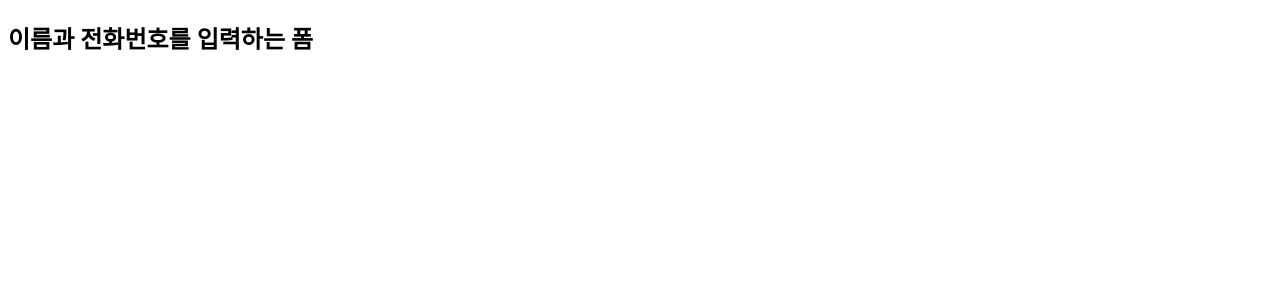
Repository: gugucon-hwan/ForStudyJSP
Page: http://localhost/StudyBasicJSP/ch06/ifMultiTestForm.jsp
The author's editor kept a copy of each file at every save. The page is drawn from the files as they stood at one save, then again after the next save.
The browser window is 1280 px wide. The pictures show the whole page.
The page is served by Tomcat 9.

Above is the page before, as saved 2020-08-15 14:29:06.

After the next save:
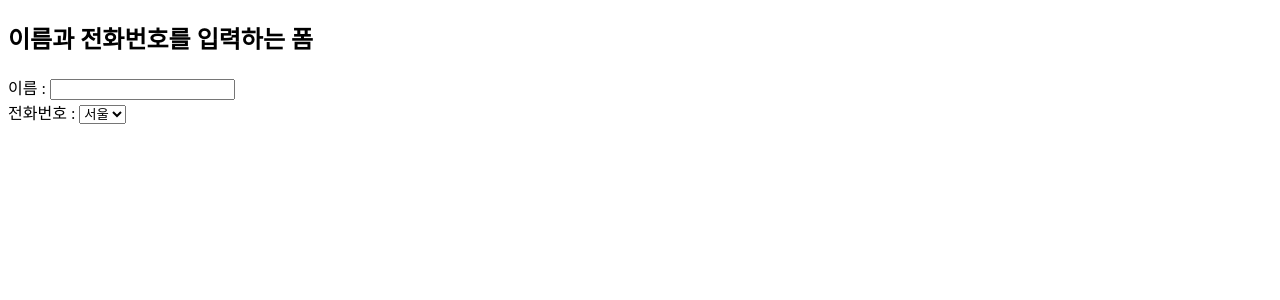
Saved 52 s later.
--- a/StudyBasicJSP/WebContent/ch06/ifMultiTestForm.jsp
+++ b/StudyBasicJSP/WebContent/ch06/ifMultiTestForm.jsp
@@ -9,7 +9,12 @@
 <body>
 	<h2>이름과 전화번호를 입력하는 폼</h2>
 	<form method="post" actoin="ifMultiTestPro.jsp">
+		이름 : <input type="text" name="name"><br>
+		전화번호 :
+			<select name="local">
+				<option value="서울">서울</option>
 
+			</select>
 	</form>
 </body>
 </html>
